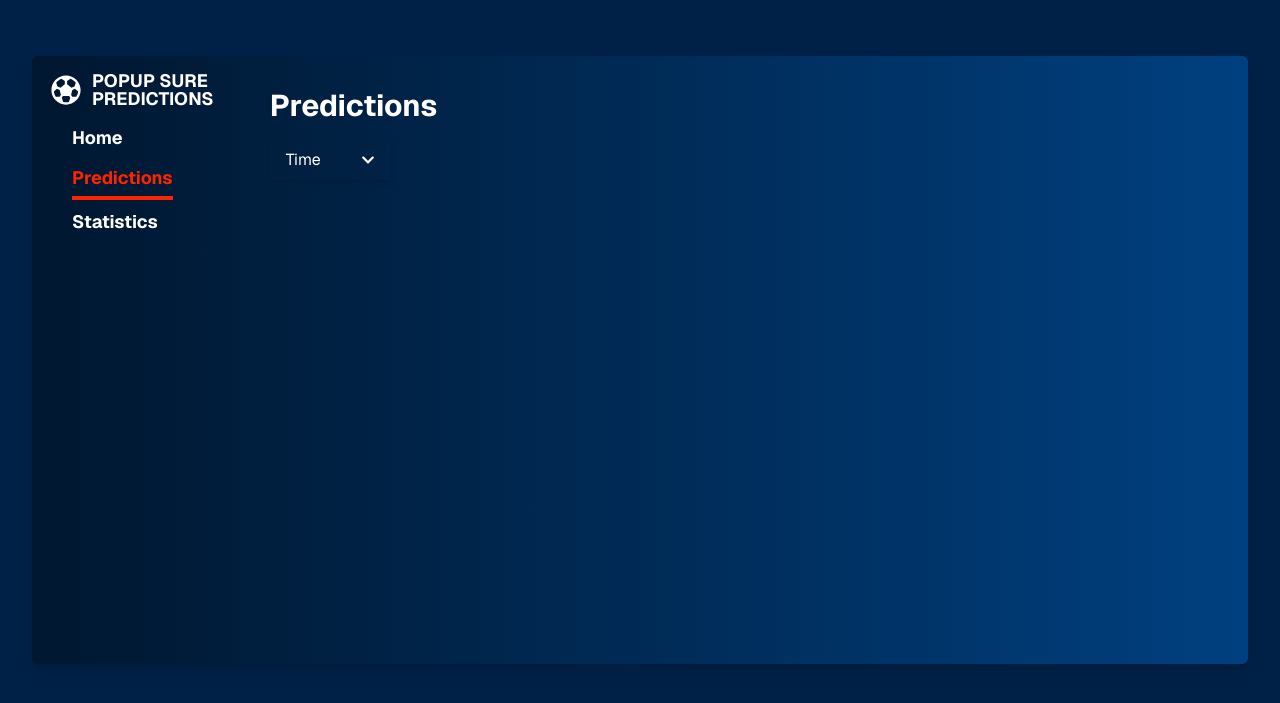
Repository: prototypedave/AlgoFooty
Page: /predictions (app in frontend/algo-footy/)
These files come from the project's save history. The page is drawn as it stood at one moment and after the next save; the edit follows.
The browser window is 1280 px wide. The pictures show the whole page.
The project was rebuilt for these pictures with package versions that can differ from the ones it lists, and the page was loaded fresh each time. The framework's server and built-in components were replaced by stand-ins that run in the browser. Also part of the build but not shown: frontend/algo-footy/next.config.ts.

Above is the page before, as saved 2025-11-03 07:15:38.

After the next save:
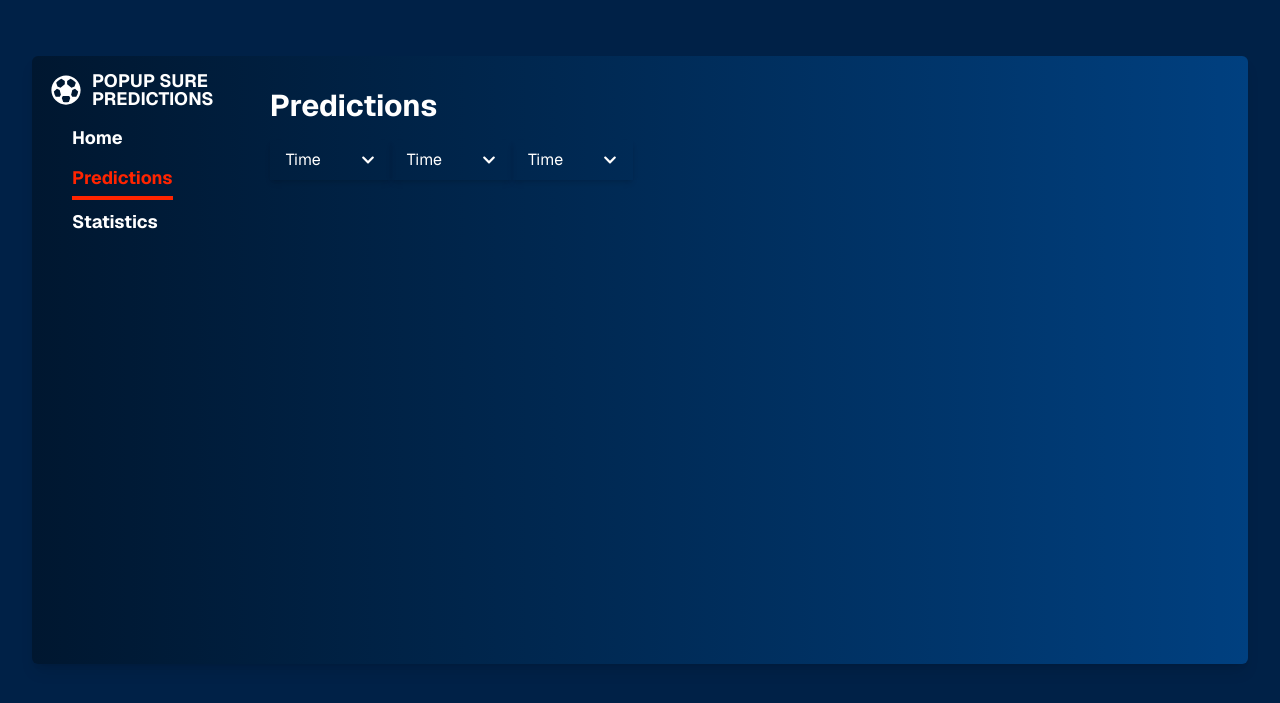
Saved 29 s later.
--- a/frontend/algo-footy/app/predictions/page.tsx
+++ b/frontend/algo-footy/app/predictions/page.tsx
@@ -40,7 +40,8 @@ export default function Predictions() {
                     <h1 className="text-3xl font-bold">Predictions</h1>
                     <div>
                             <DropdownButton />
-
+                            <DropdownButton />
+                            <DropdownButton />
                     </div>
                 </div>
             </nav>
